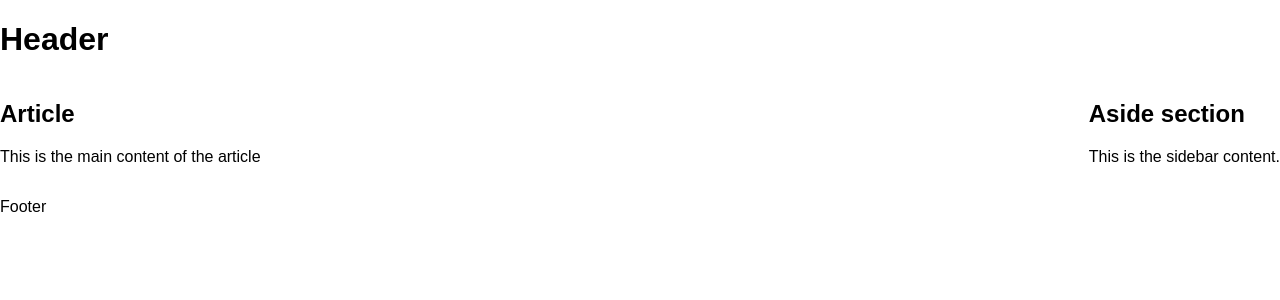
Repository: RishabhModi2899/Repo_Marlabs
Page: index.html
The author's editor kept a copy of each file at every save. The page is drawn from the files as they stood at one save, then again after a run of saves.
The browser window is 1280 px wide. The pictures show the whole page.

Above is the page before, as saved 2024-07-31 11:30:48.

After the next 2 saves:
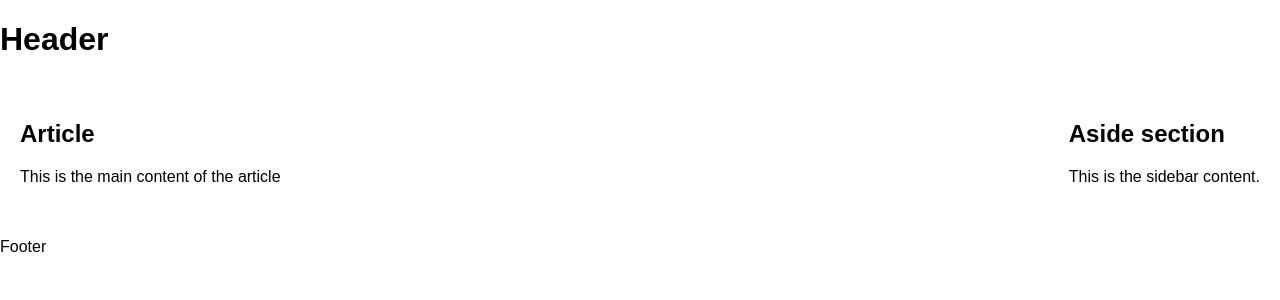
The 2 saves are shown as one change because they came seconds apart.
The last was saved 7 s later.
--- a/styles.css
+++ b/styles.css
@@ -9,5 +9,5 @@ body {
     display: flex;
     flex-wrap: wrap;
     justify-content: space-between;
-    padding:
+    padding: 20px;
 }
